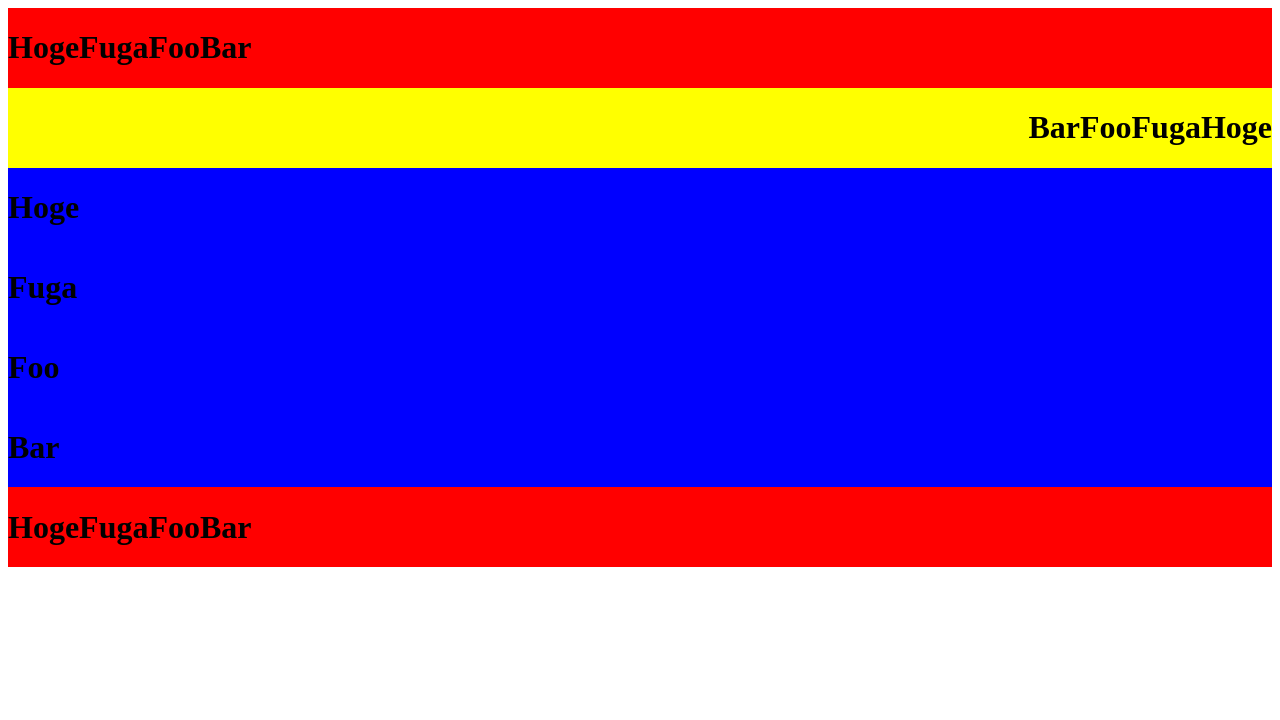
Repository: KAZMA5/samurai_HTML-CSS
Page: 9章ナビ/14章/index4.html
The author's editor kept a record of every edit. The page is drawn from the files as they stood at one moment, then again after the next edit.
The browser window is 1280 px wide. The pictures show the whole page.

Above is the page before.

### 9章ナビ/14章/index4.html
<html lang="ja">
    <head>
        <style>
            #sort {
                display: flex;
                flex-direction: row;
                background: red;
            }

            #reverse {
                display: flex;
                flex-direction: row-reverse;
                background-color: yellow;
            }

            #column {
                display: flex;
                flex-direction: column;
                background-color: blue;
            }

            #column-reverse {
                display: flex;
                flex-direction: column-reverse;
                background-color: green;
            }
        </style>
    </head>
    <body>
        <div id="sort">
            <h1>Hoge</h1>
            <h1>Fuga</h1>
            <h1>Foo</h1>
            <h1>Bar</h1>
        </div>

        <div id="reverse">
            <h1>Hoge</h1>
            <h1>Fuga</h1>
            <h1>Foo</h1>
            <h1>Bar</h1>
        </div>

        <div id="column">
            <h1>Hoge</h1>
            <h1>Fuga</h1>
            <h1>Foo</h1>
            <h1>Bar</h1>
        </div>

        <div id="sort">
            <h1>Hoge</h1>
            <h1>Fuga</h1>
            <h1>Foo</h1>
            <h1>Bar</h1>
        </div>
    </body>
</html>

After the next edit:
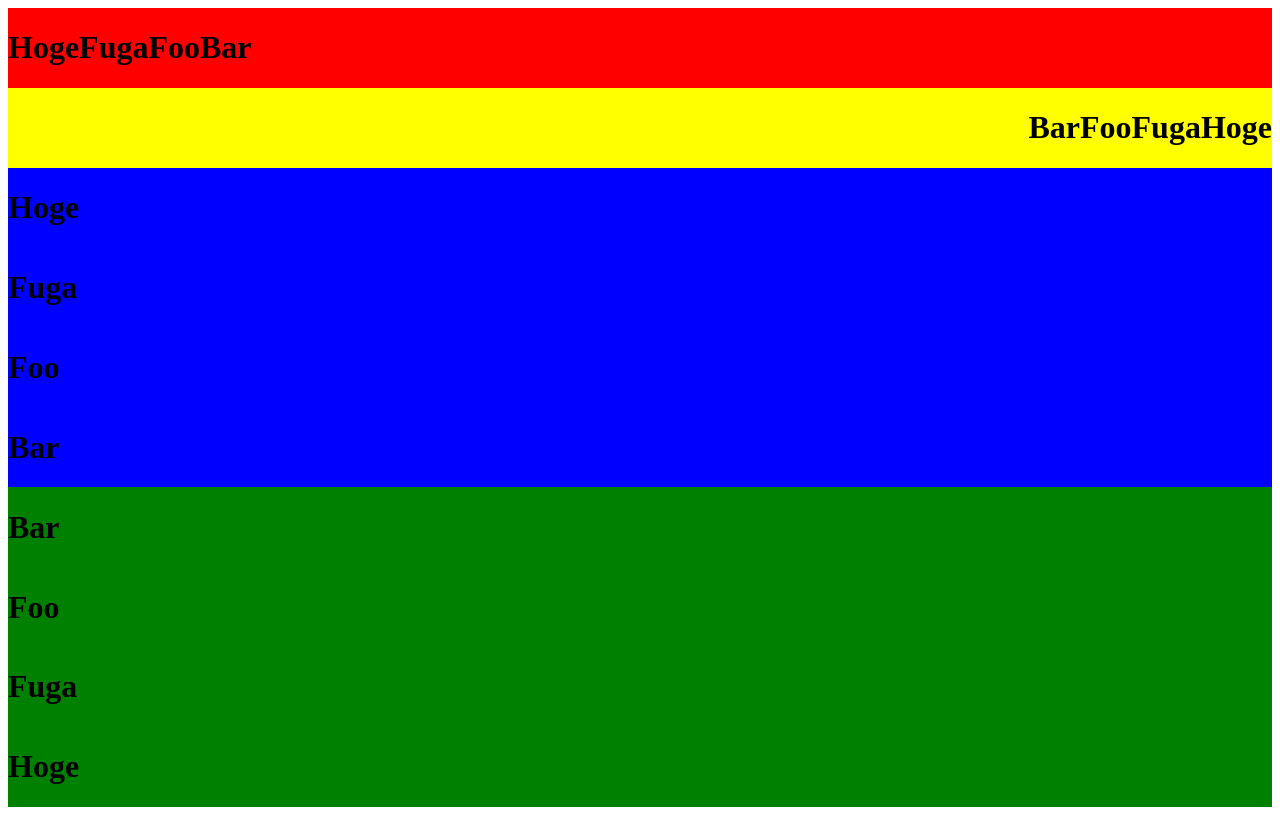
The edit:
--- a/9章ナビ/14章/index4.html
+++ b/9章ナビ/14章/index4.html
@@ -48,7 +48,7 @@
             <h1>Bar</h1>
         </div>
 
-        <div id="sort">
+        <div id="column-reverse">
             <h1>Hoge</h1>
             <h1>Fuga</h1>
             <h1>Foo</h1>
